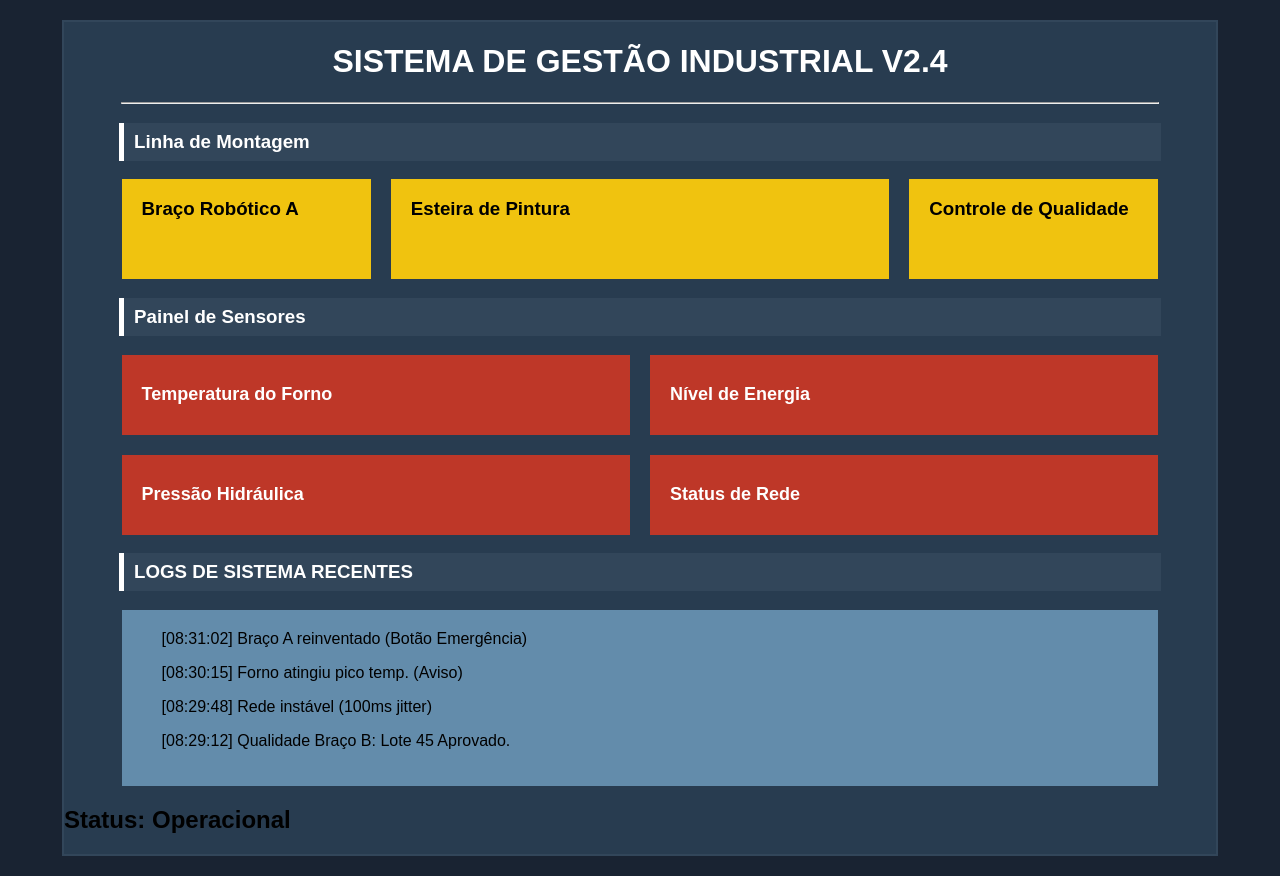
Repository: DanielEDapper/Front-WEG
Page: ProfeIgor/Aula5 - Dashboard Industrial/index.html
These files come from the project's save history. The page is drawn as it stood at one moment and after a run of saves; the edit follows.
The browser window is 1280 px wide. The pictures show the whole page.
Some icons come from a web library that is not loaded, so they are not drawn.

Above is the page before, as saved 2026-05-29 20:07:24.

After the next 2 saves:
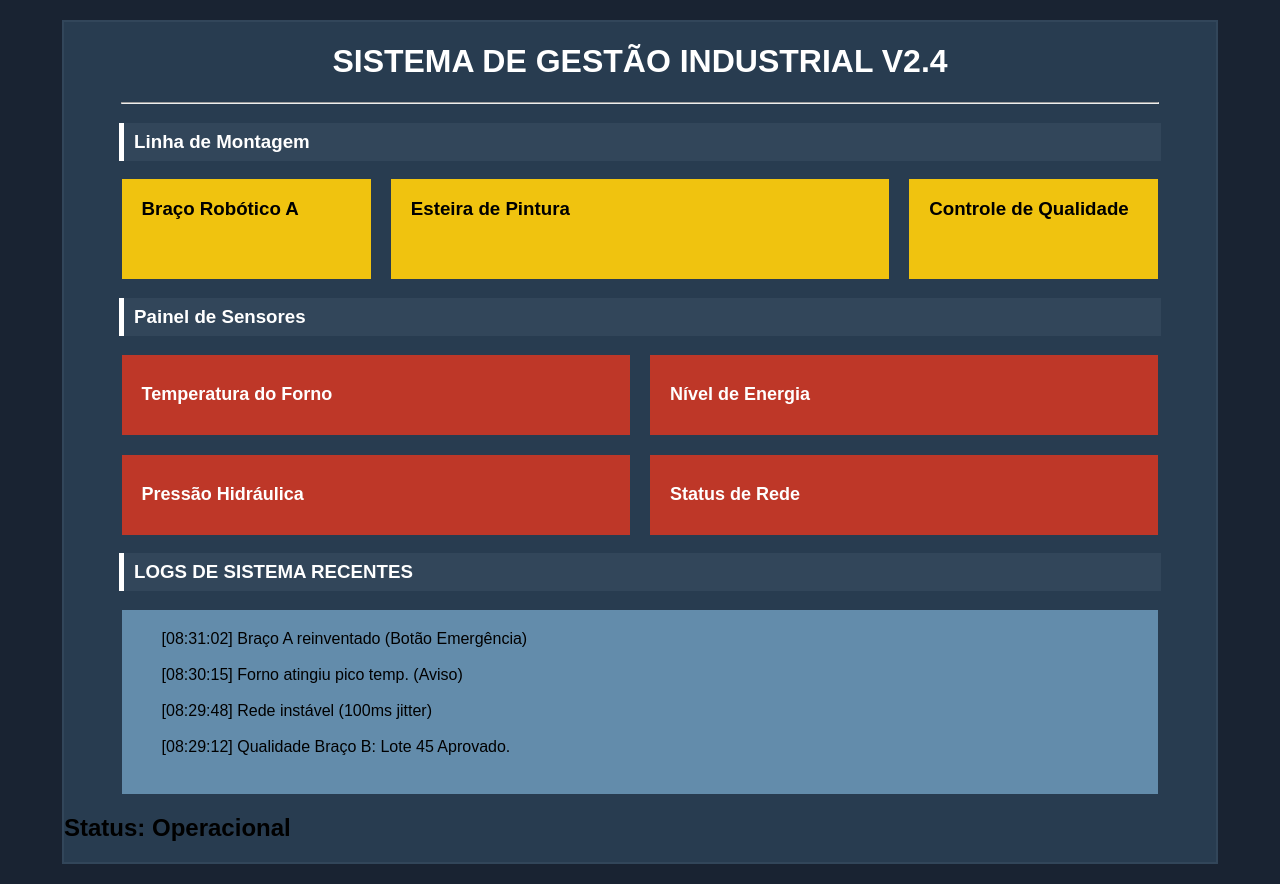
The 2 saves are shown as one change because they came seconds apart.
The last was saved 5 s later.
--- a/ProfeIgor/Aula5 - Dashboard Industrial/style.css
+++ b/ProfeIgor/Aula5 - Dashboard Industrial/style.css
@@ -135,5 +135,6 @@ hr{
 .container-logs hr{
     width: 95%;
     border: none;
+    height: 2px;
     color: var(--log-bg);
 }
